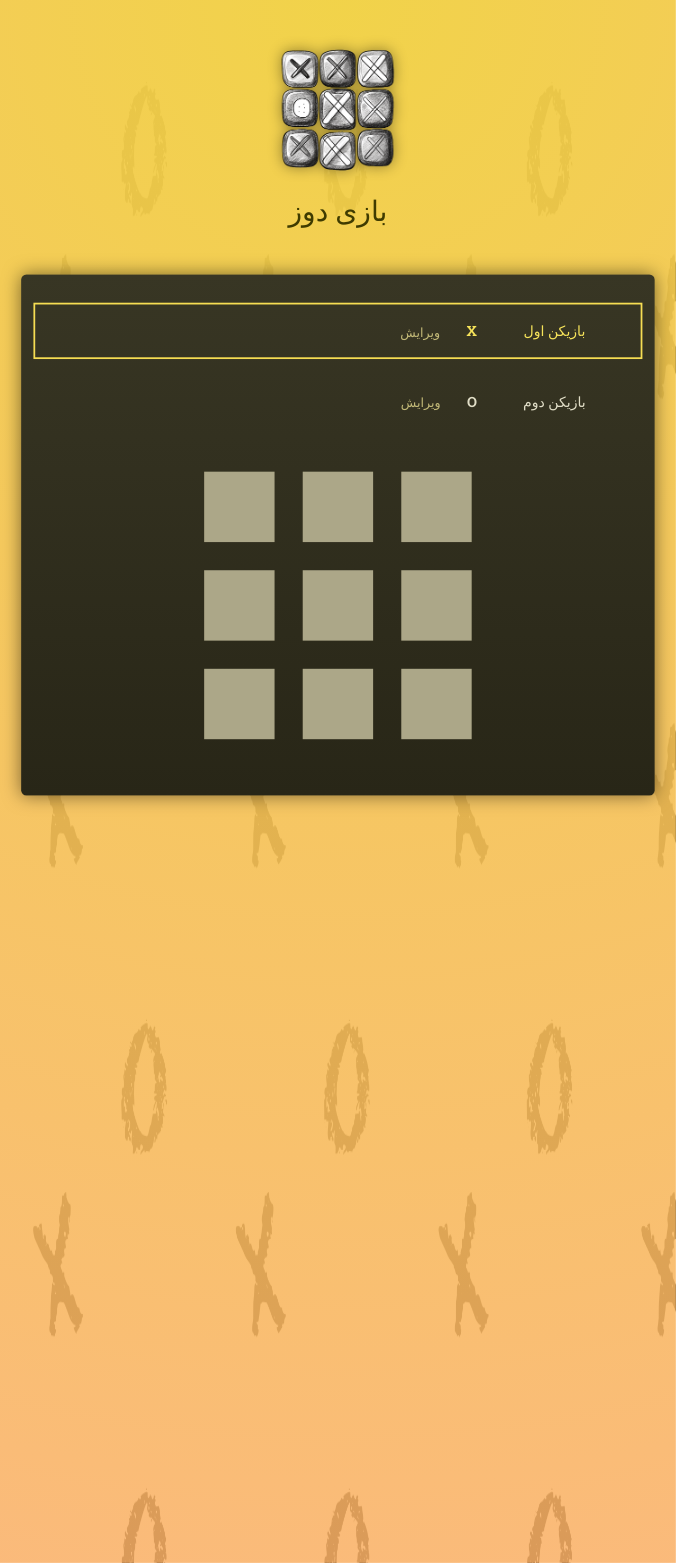
Repository: H-ala/react-tic-toc-toe
Page: /
The author's editor kept a copy of each file at every save. The page is drawn from the files as they stood at one save, then again after the next save.
The browser window is 768 px wide. The pictures show the whole page, at 88% of full size.
Some web fonts or font styles are not loaded; a fallback is used. The project was rebuilt for these pictures with package versions that can differ from the ones it lists, and the page was loaded fresh each time. Also part of the build but not shown: vite.config.js, src/components/GameOver.jsx.

Above is the page before, as saved 2025-10-21 18:16:35.

After the next save:
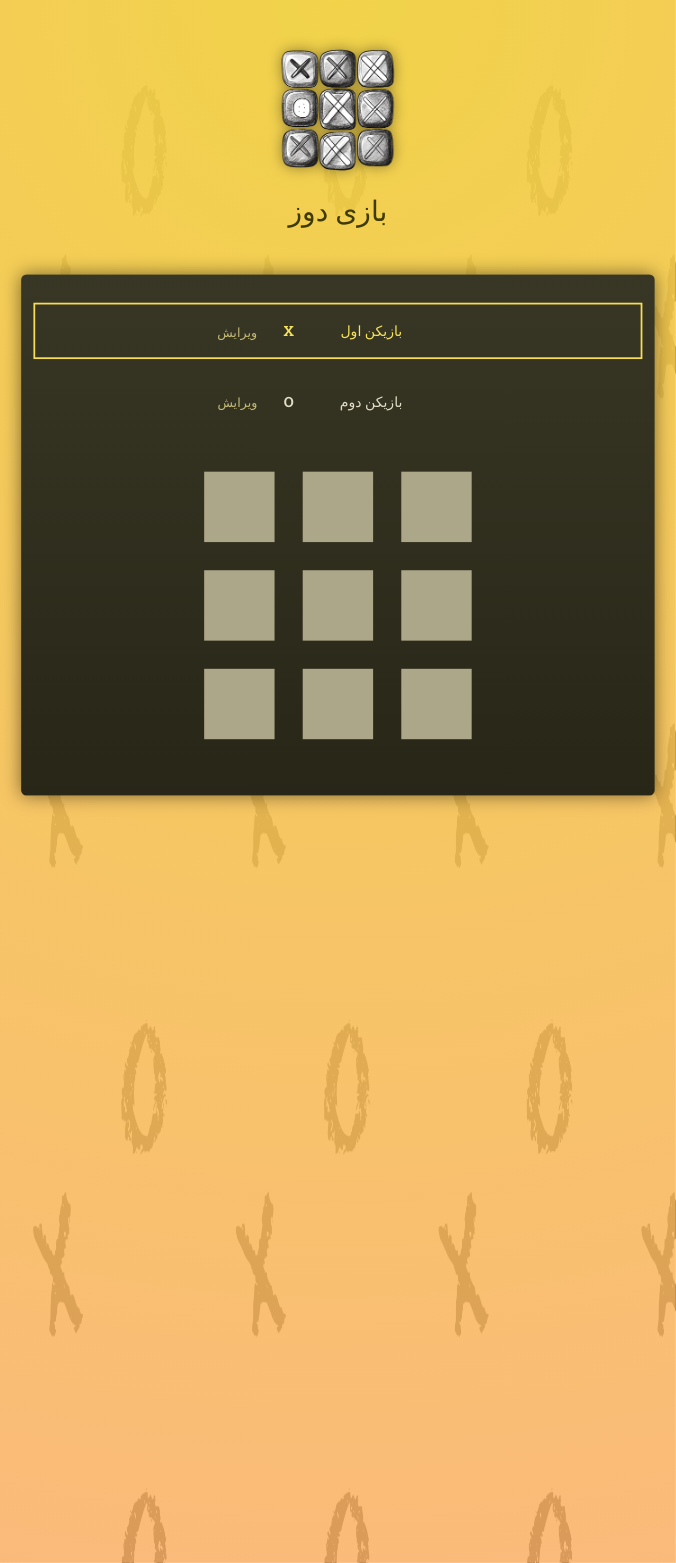
Saved 44 s later.
--- a/src/index.css
+++ b/src/index.css
@@ -1,11 +1,11 @@
-@import url('https://fonts.googleapis.com/css2?family=Caprasimo&family=Roboto+Slab:wght@400;700&display=swap');
+@import url("https://fonts.googleapis.com/css2?family=Caprasimo&family=Roboto+Slab:wght@400;700&display=swap");
 
 /* * {
   box-sizing: border-box;
 } */
 
 html {
-  font-family: 'Roboto Slab', sans-serif;
+  font-family: "Roboto Slab", sans-serif;
   line-height: 1.5;
 
   color: #ebe7ef;
@@ -23,7 +23,7 @@ body {
       rgba(241, 210, 70, 0.98),
       rgba(250, 176, 103, 0.87)
     ),
-    url('bg-pattern-dark.png');
+    url("bg-pattern-dark.png");
   background-repeat: repeat;
   background-size: 100% 100%, 30% 30%, 100% 100%;
   min-height: 110rem;
@@ -42,7 +42,7 @@ header img {
 }
 
 h1 {
-  font-family: 'Caprasimo', cursive;
+  font-family: "Caprasimo", cursive;
   font-size: 3rem;
   margin: 0 auto 3rem auto;
   color: #3f3b00;
@@ -154,7 +154,7 @@ ol {
   background: none;
   color: #f8c031;
   border: none;
-  font-family: 'Caprasimo', cursive;
+  font-family: "Caprasimo", cursive;
   font-size: 4rem;
   text-shadow: 0 0 12px rgba(0, 0, 0, 0.7);
   animation: pulse-text-size 2s infinite ease-out;
@@ -187,7 +187,7 @@ ol {
   color: #3f3b00;
   font-size: 5rem;
   cursor: pointer;
-  font-family: 'Caprasimo', cursive;
+  font-family: "Caprasimo", cursive;
   padding: 1rem;
 }
 
@@ -206,7 +206,7 @@ ol {
 }
 
 #game-over h2 {
-  font-family: 'Caprasimo', cursive;
+  font-family: "Caprasimo", cursive;
   font-size: 4rem;
   text-align: center;
   color: #fcd256;
@@ -266,7 +266,7 @@ ol {
 }
 
 #game-hints h2 {
-  font-family: 'Caprasimo', cursive;
+  font-family: "Caprasimo", cursive;
   font-size: 2rem;
   margin: 0;
 }
@@ -364,12 +364,12 @@ ol {
   #players {
     flex-direction: column;
     gap: 1rem;
-
   }
 
   #players li {
     width: 100%;
     align-items: center;
+    justify-content: center;
   }
 
   #game-board button {
